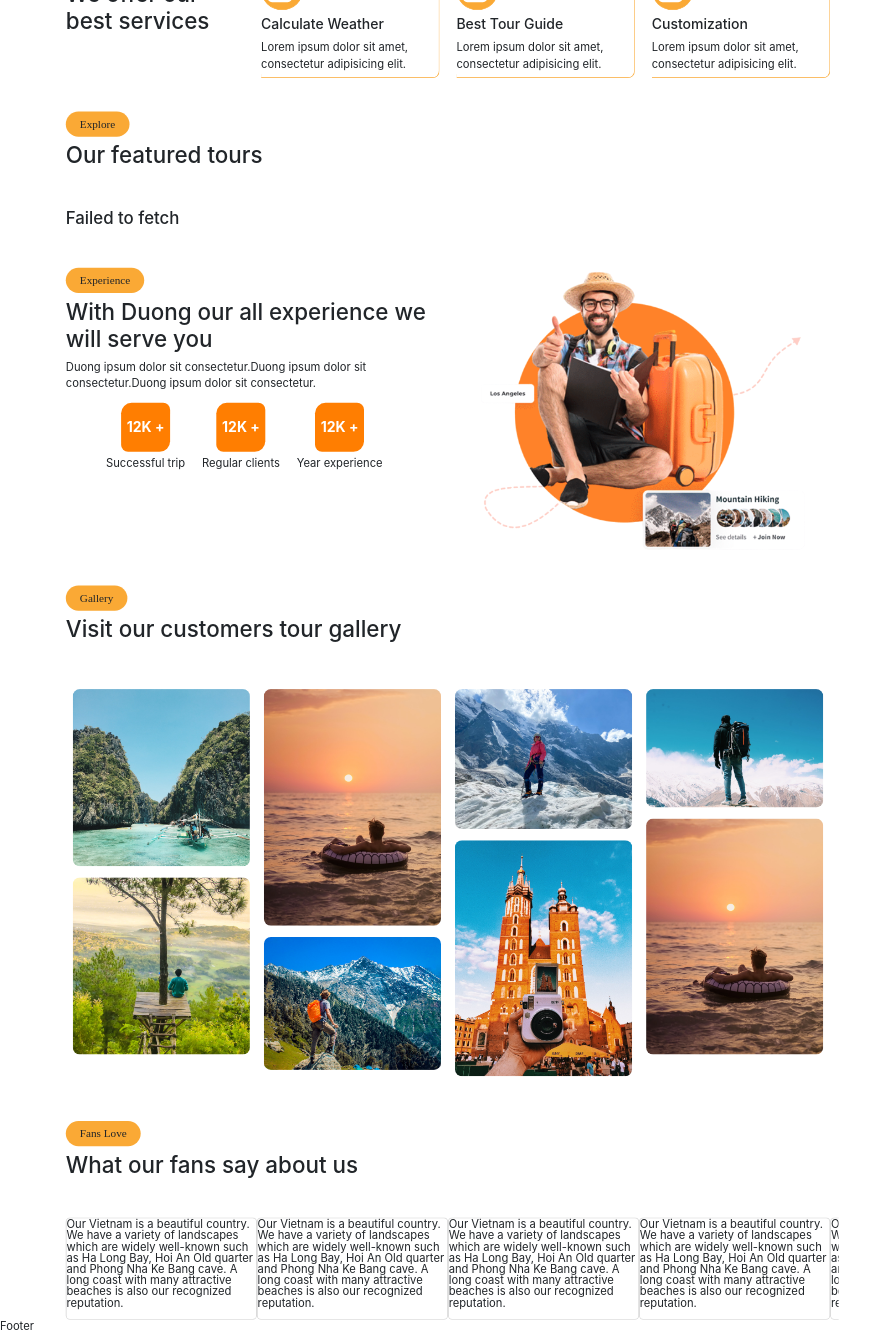
Repository: NguyenHuu001/dulich
Page: /home
These files come from the project's save history. The page is drawn as it stood at one moment and after a run of saves; the edit follows.
The browser window is 1280 px wide. The pictures show the part of the page from y = 778 to 2698 px (the page is 2682 px tall before and 2698 px after), at 70% of full size.
The project was rebuilt for these pictures with package versions that can differ from the ones it lists, and the page was loaded fresh each time. Also part of the build but not shown: src/pages/About/index.js, src/pages/Tours/index.js, src/pages/Login/index.js, src/pages/Register/index.js. Imported but missing from the stored project, and not drawn on this page: src/assets/audio/video1.mp4.

Above is the page before, as saved 2023-08-01 19:07:09.

After the next 2 saves:
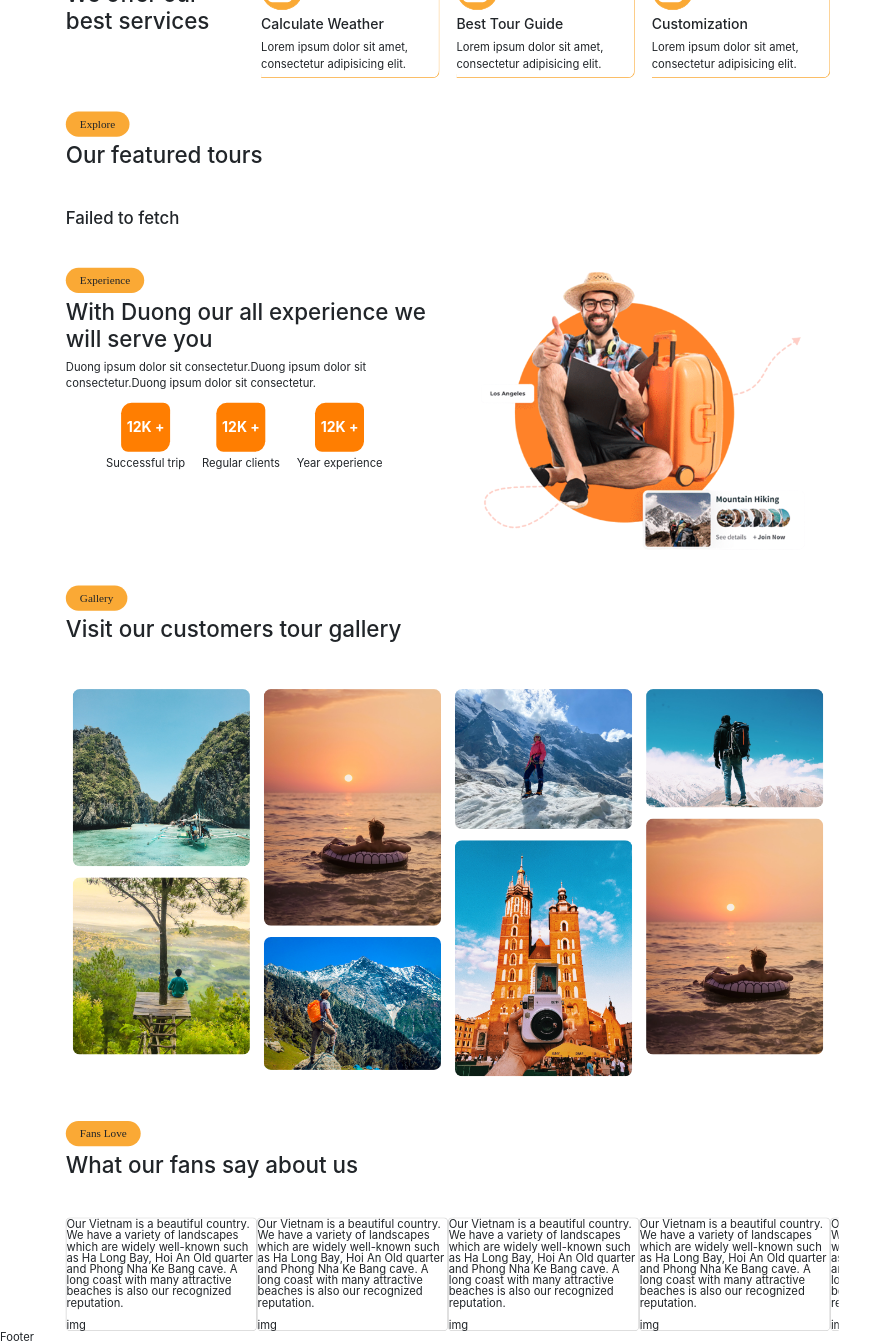
The 2 saves are shown as one change because they came seconds apart.
The last was saved 8 s later.
--- a/src/pages/Home/index.js
+++ b/src/pages/Home/index.js
@@ -258,7 +258,7 @@ function Home() {
                             <div className='card'>
                                 <p>{data.content}</p>
                                 <div>
-
+                                    img
                                 </div>
                             </div>
                         </div>
